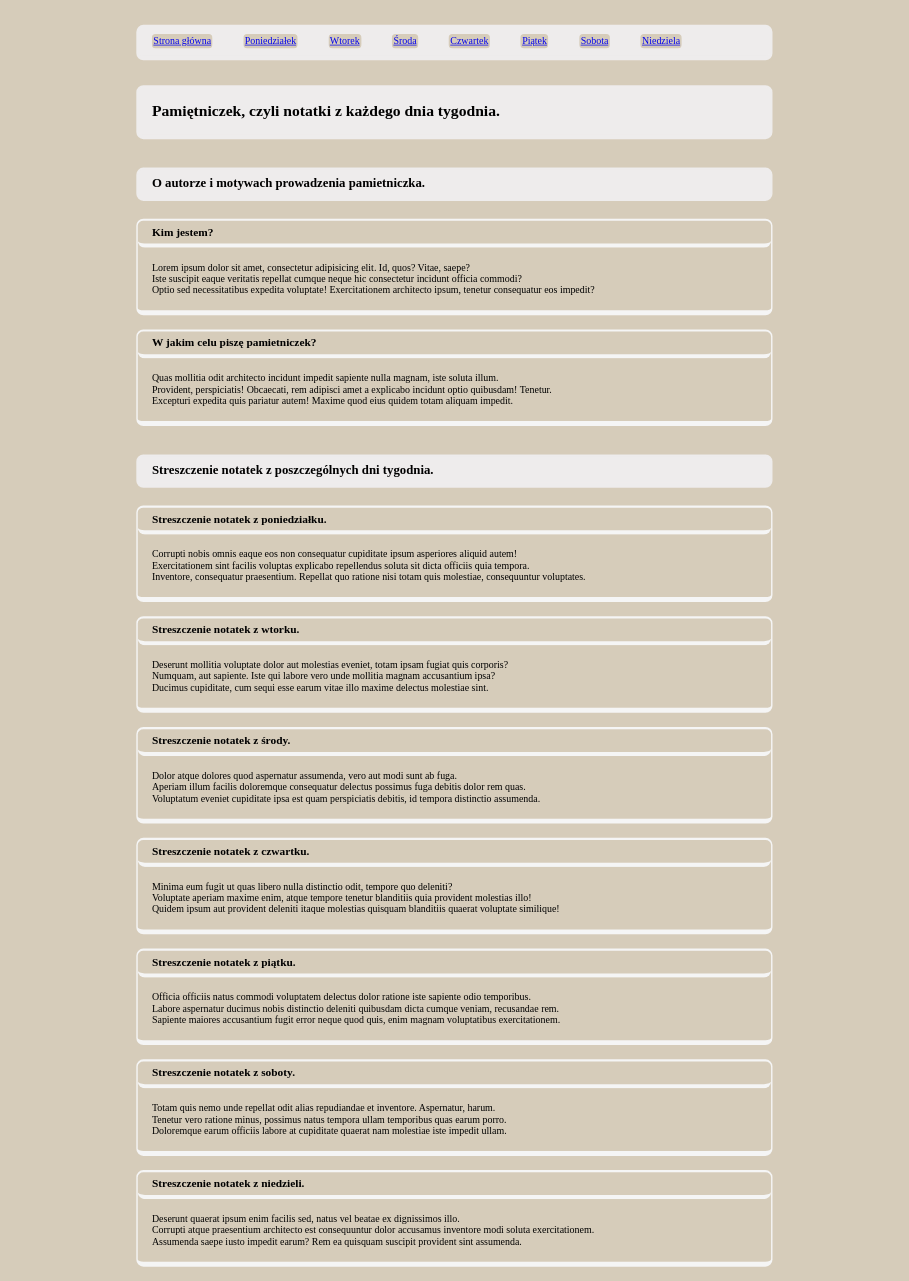
Repository: ArturNatwora/hompage
Page: index.html
The author's editor kept a copy of each file at every save. The page is drawn from the files as they stood at one save, then again after the next save.
The browser window is 1280 px wide. The pictures show the whole page, at 71% of full size.

Above is the page before, as saved 2019-06-11 20:18:11.

After the next save:
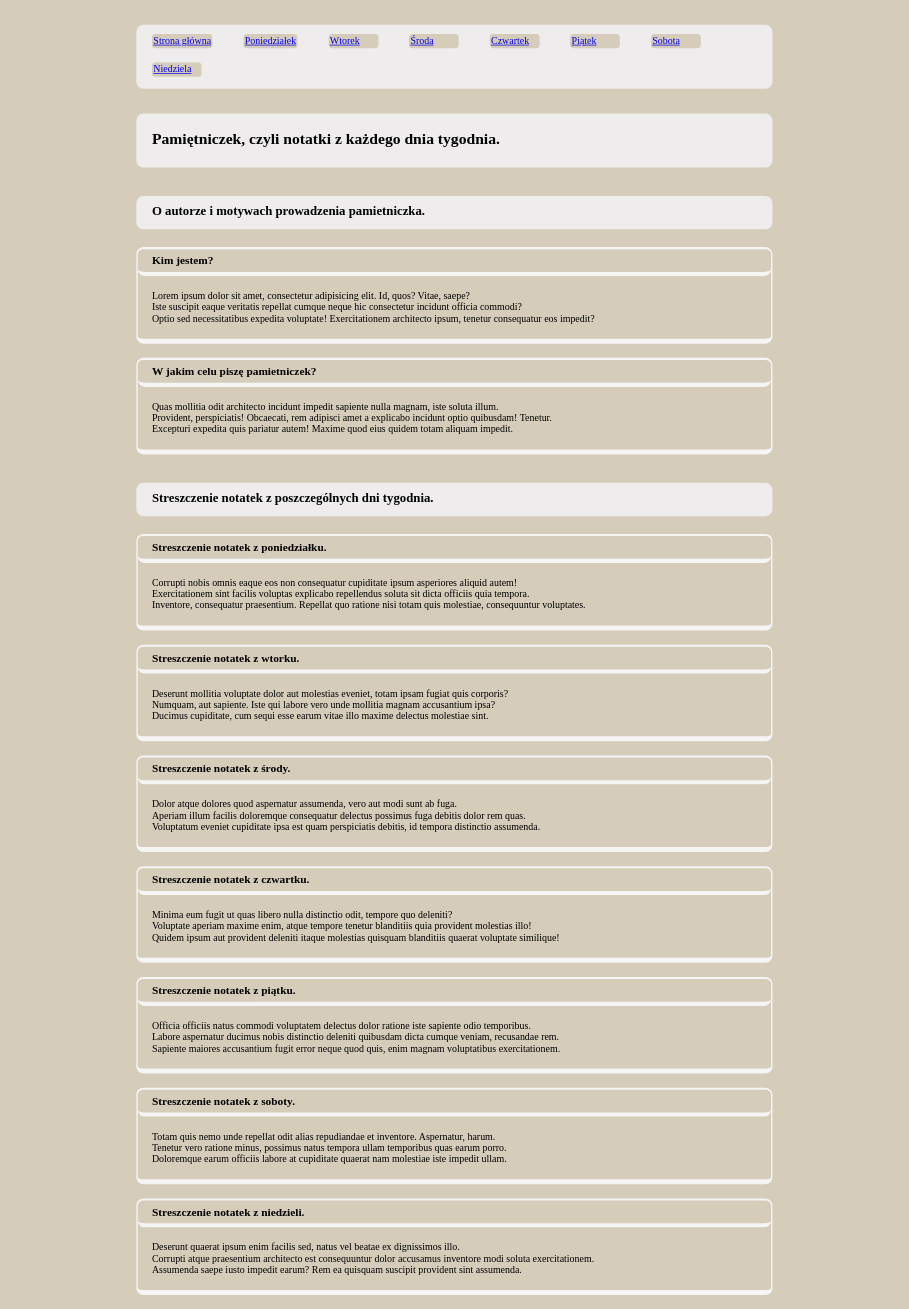
Saved 61 s later.
--- a/index.css
+++ b/index.css
@@ -41,6 +41,7 @@
     display: block;
 }
 .bodyHeader__navItemLink{
+    min-width: 70px;
     background: rgb(214, 204, 186);
     display: inline-block;
     margin: 10px 20px;

After the save that followed:
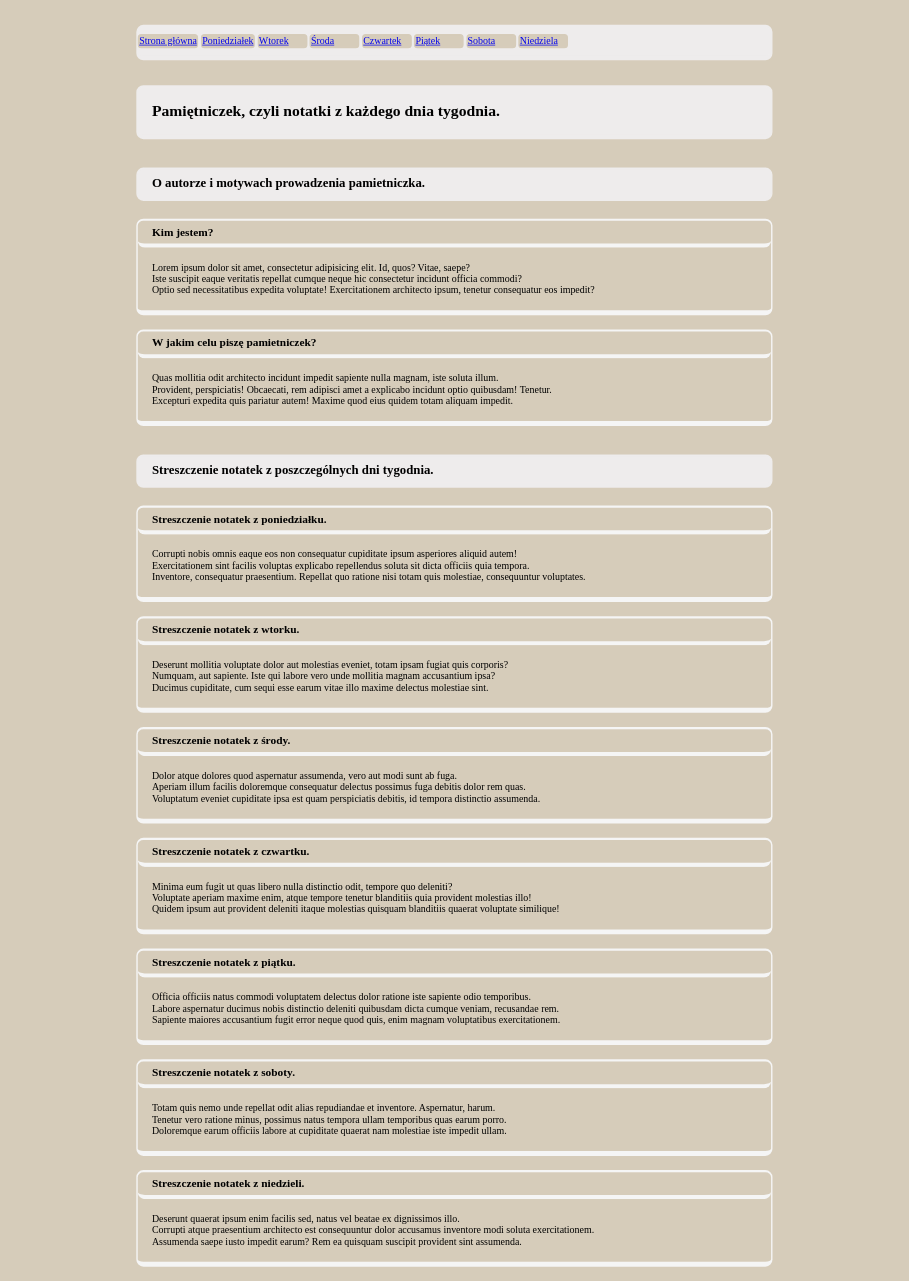
Saved 60 s later.
--- a/index.css
+++ b/index.css
@@ -44,7 +44,7 @@
     min-width: 70px;
     background: rgb(214, 204, 186);
     display: inline-block;
-    margin: 10px 20px;
+    margin: 10px 0px;
     border-width:  2px ;
     border-style: solid;
     border-color: rgb(214, 204, 186);
